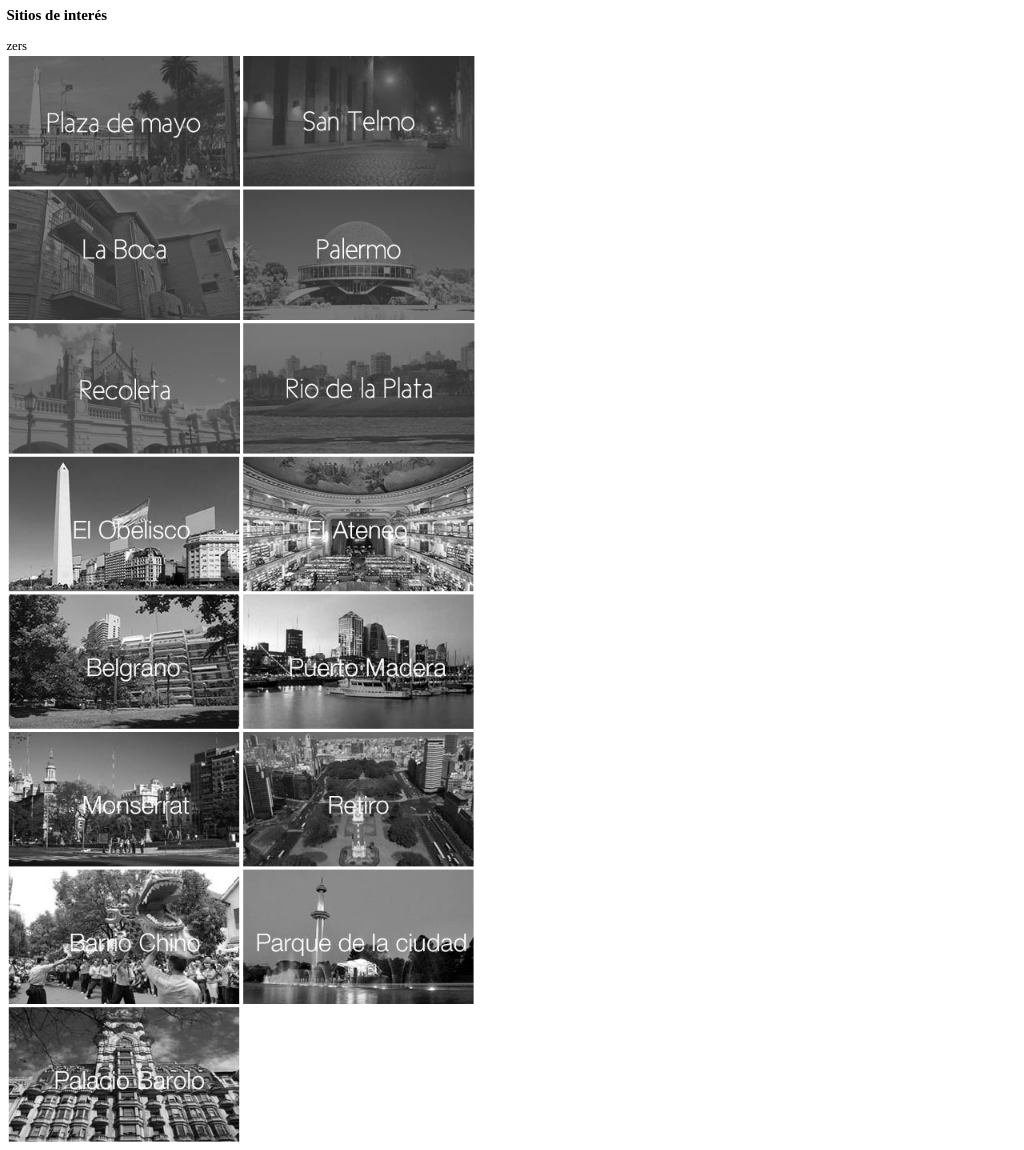
Repository: pacoigloo/Anexia
Page: sitios.html
The author's editor kept a record of every edit. The page is drawn from the files as they stood at one moment, then again after the next edit.
The browser window is 1280 px wide. The pictures show the whole page, at 80% of full size.

Above is the page before.

### sitios.html
       <div id="interContainer">
        <h3>Sitios de interés</h3>
        <div id= "mapContainer">
            <div ng-app="mapsApp" ng-controller="mapa">
            <div id="map"></div>
            <!-- <div id="class" ng-repeat="marker in markers | orderBy : 'title'">
                <a href="#" ng-click="openInfoWindow($event, marker)">{{marker.title}}</a>
            </div>-->
        </div>
        </div>
    </div>
    <div id="inBtnContainer">
    <table>
                <tr>zers
                    <td ><img class="tdIzq" onclick="initialize('plaza')" src="img/plaza-mayo.jpg"></img></td>
                    <td ><img class="tdDer" onclick="initialize('telmo')" src="img/san-telmo.jpg"></img></td>
                </tr>
                 <tr>
                    <td ><img class="tdIzq" onclick="initialize('boca')" src="img/la-boca.jpg"></img></td>
                    <td ><img class="tdDer" onclick="initialize('palermo')" src="img/palermo.jpg"></img></td>
                </tr>
                 <tr>
                    <td ><img class="tdIzq" onclick="initialize('recoleta')" src="img/recoleta.jpg"></img></td>
                    <td ><img class="tdDer" onclick="initialize('plata')" src="img/rio-plata.jpg"></img></td>
                </tr>
                <tr>
                    <td ><img class="tdIzq" onclick="initialize('obelisco')" src="img/obelisco.jpg"></img></td>
                    <td ><img class="tdDer" onclick="initialize('ateneo')" src="img/ateneo.jpg"></img></td>

                </tr>
                <tr>
                    <td ><img class="tdIzq" onclick="initialize('belgrano')" src="img/belgrano.jpg"></img></td>
                    <td ><img class="tdDer" onclick="initialize('madero')" src="img/puerto-madero.jpg"></img></td>
                </tr>

                <tr>
                    <td ><img class="tdIzq" onclick="initialize('monserrat')" src="img/monserrat.jpg"></img></td>
                    <td ><img class="tdDer" onclick="initialize('retiro')" src="img/retiro.jpg"></img></td>
                </tr>

                <tr>
                    <td ><img class="tdIzq" onclick="initialize('chino')" src="img/chino.jpg"></img></td>
                    <td ><img class="tdDer" onclick="initialize('parque')" src="img/parque-ciudad.jpg"></img></td>
                </tr>

                <tr>
                    <td ><img class="tdIzq" onclick="initialize('barolo')" src="img/barolo.jpg"></img></td>
                </tr>
    </table>
    </div>
    <div id="descripcionSite" style="display:none" >
        <div id="descripcionText">

        </div>
       <div id="btnVolverMenu" onclick="volverMenu()">
           <img id="imgFlechaIzq" src="img/flecha-izquierda.png"></img>
           <div id="volverText">
               <p>
                 Volver
               </p>
           </div>

       </div>
    </div>

After the next edit:
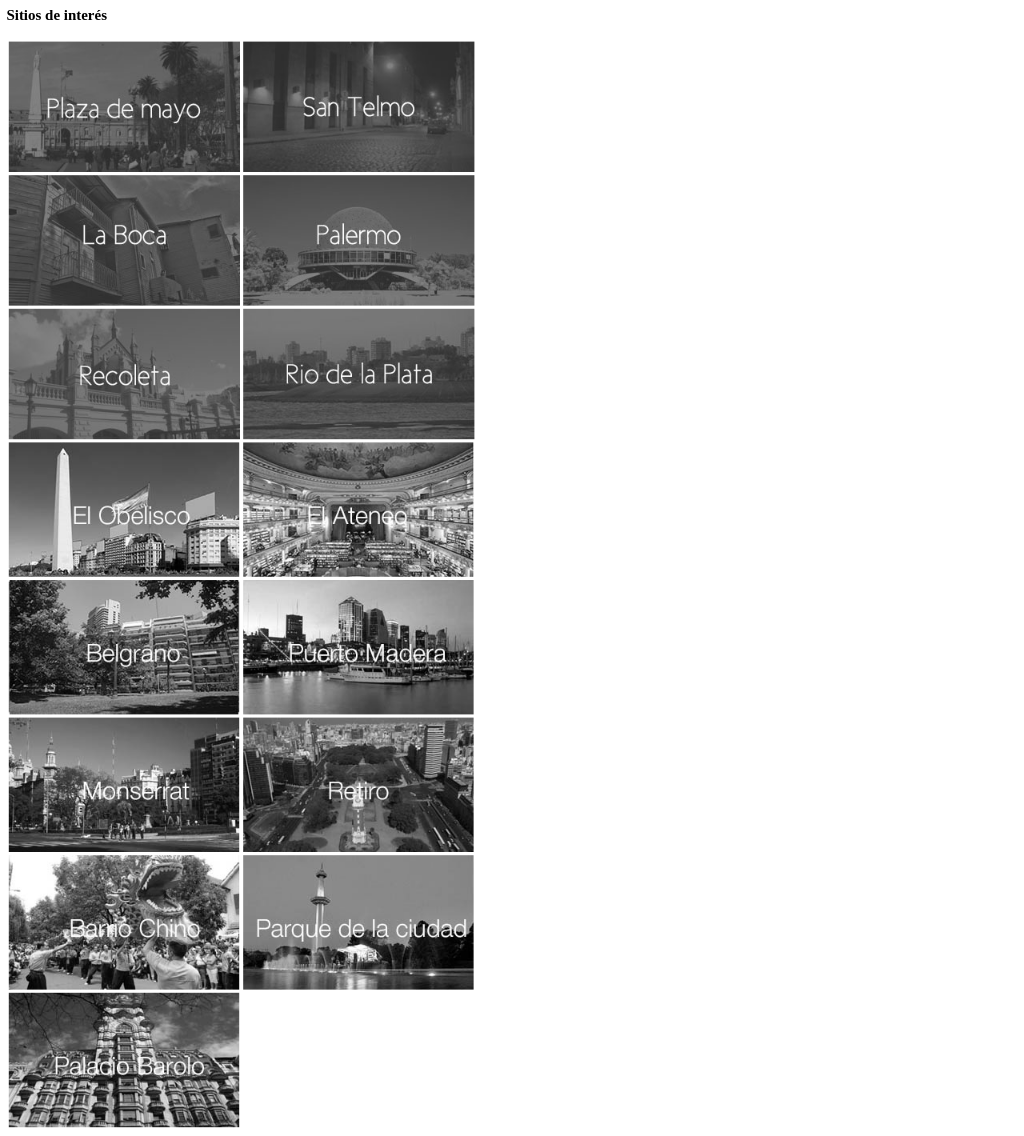
The edit:
--- a/sitios.html
+++ b/sitios.html
@@ -11,7 +11,7 @@
     </div>
     <div id="inBtnContainer">
     <table>
-                <tr>zers
+                <tr>
                     <td ><img class="tdIzq" onclick="initialize('plaza')" src="img/plaza-mayo.jpg"></img></td>
                     <td ><img class="tdDer" onclick="initialize('telmo')" src="img/san-telmo.jpg"></img></td>
                 </tr>
